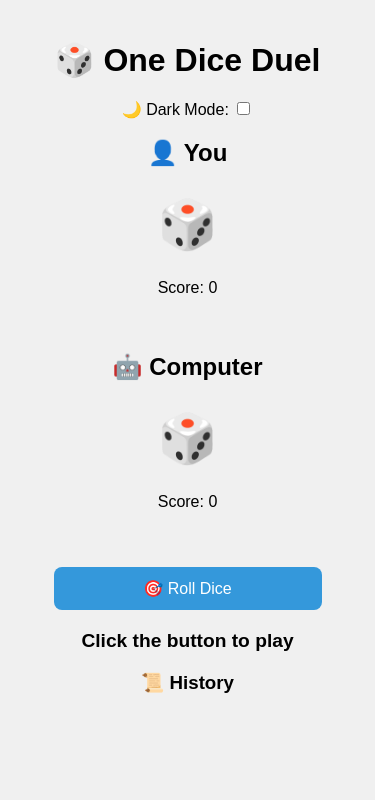
Repository: alokanand524/anand-portfolio
Page: games/dice-game/index.html
The author's editor kept a copy of each file at every save. The page is drawn from the files as they stood at one save, then again after the next save.
The browser window is 375 px wide. The pictures show the whole page.

Above is the page before, as saved 2025-07-31 14:59:12.

After the next save:
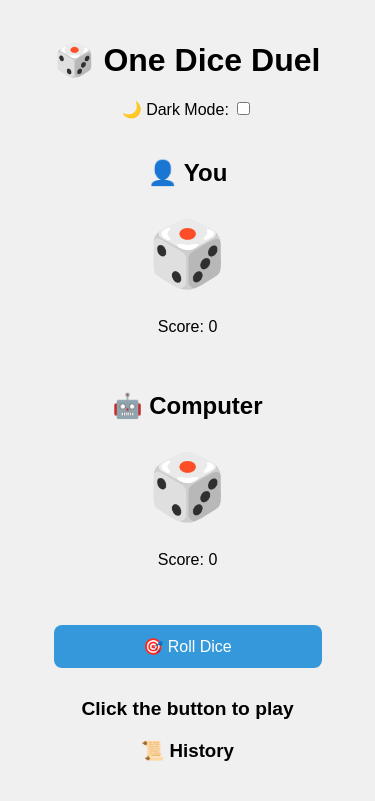
Saved 2 s later.
--- a/games/dice-game/style.css
+++ b/games/dice-game/style.css
@@ -30,14 +30,13 @@ h1 {
 }
 
 .dice {
-  font-size: 4rem;
+  font-size: 5rem;
   padding: 10px;
   transition: transform 0.3s;
 }
 
-.total {
-  font-size: 1.2rem;
-  font-weight: bold;
+.dice.animate {
+  transform: rotate(360deg) scale(1.2);
 }
 
 #roll-btn {
@@ -48,6 +47,7 @@ h1 {
   border: none;
   border-radius: 8px;
   cursor: pointer;
+  margin-bottom: 20px;
 }
 
 #roll-btn:hover {
@@ -55,40 +55,23 @@ h1 {
 }
 
 #result {
-  margin: 20px 0;
   font-size: 1.2rem;
   font-weight: bold;
+  margin: 10px 0 20px;
 }
 
 #history-log {
   list-style-type: none;
   padding: 0;
-  font-size: 0.95rem;
 }
 
-/* Dice animation */
-.dice.animate {
-  transform: rotate(360deg) scale(1.2);
+.dark-toggle {
+  margin-bottom: 20px;
+  display: block;
+  font-size: 1rem;
 }
 
-/* Mobile-friendly */
-@media (max-width: 600px) {
-  .dice-section {
-    flex-direction: column;
-    align-items: center;
-  }
-
-  .dice {
-    font-size: 3rem;
-  }
-
-  #roll-btn {
-    width: 80%;
-    font-size: 1rem;
-  }
-}
-
-/* Dark mode styles */
+/* Dark mode */
 body.dark {
   background-color: #222;
   color: #fff;
@@ -106,12 +89,18 @@ body.dark #roll-btn:hover {
   background-color: #666;
 }
 
-.dark-toggle {
-  margin-top: 20px;
-  font-size: 1rem;
+@media (max-width: 600px) {
+  .dice-section {
+    flex-direction: column;
+    align-items: center;
+  }
+
+  .dice {
+    font-size: 4rem;
+  }
+
+  #roll-btn {
+    width: 80%;
+    font-size: 1rem;
+  }
 }
-
-/* Smooth transition */
-body, .dice, #roll-btn {
-  transition: background-color 0.3s, color 0.3s;
-}
